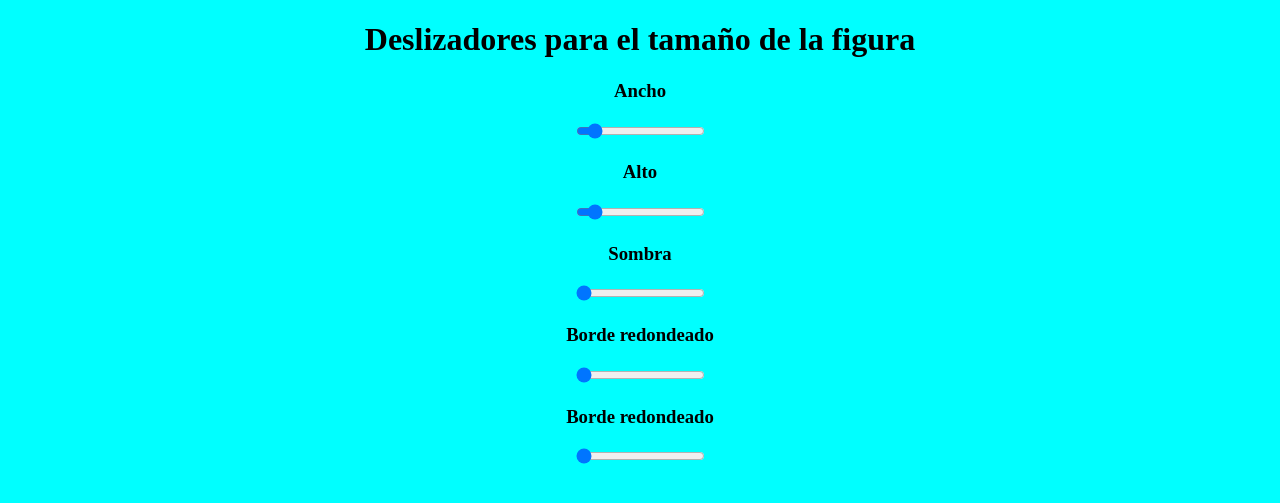
Repository: Kevin8548/Ejercicios-DOM
Page: Deslizador.html
An editor plug-in stored every save of this project. The page is shown before and after the next save, followed by the edit.
The browser window is 1280 px wide. The pictures show the whole page.

Above is the page before, as saved 2024-10-08 12:11:00.

### Deslizador.html
<!DOCTYPE html>
<html lang="es">
<head>
    <meta charset="UTF-8">
    <meta name="viewport" content="width=device-width, initial-scale=1.0">
    <title>Deslizadores</title>
    <link rel="stylesheet" href="deslizadores.css">
</head>
<body>
    <h1>Deslizadores para el tamaño de la figura</h1>
    <div>
        <h3>Ancho</h3>
        <input type="range" id="sliderAncho" min="0" max="1000" value="100" step="1">
        <h3>Alto</h3>
        <input type="range" id="sliderAlto" min="0" max="1000" value="100" step="1">
        <h3>Sombra</h3>
        <input type="range" id="sliderSombra" min="0" max="500" value="0" step="1">
        <h3>Borde redondeado</h3>
        <input type="range" id="sliderEsquina" min="0" max="50" value="0" step="1">

        <h3>Borde redondeado</h3>
        <input type="range" id="sliderEsquina" min="0" max="50" value="0" step="1">

    <script src="./colorsbg/deslizador.js"></script>
</body>
</html>

### deslizadores.css
body {
    background-color: aqua;
    text-align: center;
}

.div {
    width: 100px;
    height: 100px;
    background-color: brown;
    margin: 0 auto;
}

### colorsbg/deslizador.js
const sliderAncho = document.getElementById('sliderAncho');
const sliderAlto = document.getElementById('sliderAlto');
const sliderBorde = document.getElementById('sliderBorde');
const sliderSombra = document.getElementById('sliderSombra');
const sliderEsquina = document.getElementById('sliderEsquina');
const div = document.querySelector('.div');

sliderAncho.addEventListener('input', function() {
    const nuevoAncho = sliderAncho.value + 'px';
    div.style.width = nuevoAncho;
});

sliderAlto.addEventListener('input', function() {
    const nuevoAlto = sliderAlto.value + 'px';
    div.style.height = nuevoAlto;
});

sliderSombra.addEventListener('input', function() {
    const sombra = sliderSombra.value + 'px';
    div.style.boxShadow = `0 0 ${sombra} rgba(0, 0, 0, 1)`;
});

sliderEsquina.addEventListener('input', function() {
    div.style.borderRadius = `${sliderEsquina.value}px`;


    function nuevoColor() {
        const Rojo = document.getElementById('Rojo').value;
        const Verde = document.getElementById('Verde').value;
        const Azul = document.getElementById('Azul').value;
        const Transparencia = document.getElementById('Transparencia').value;

        document.body.style.div = `rgb(${Rojo}, ${Verde}, ${Azul}, ${Transparencia})`;
    }

});

After the next save:
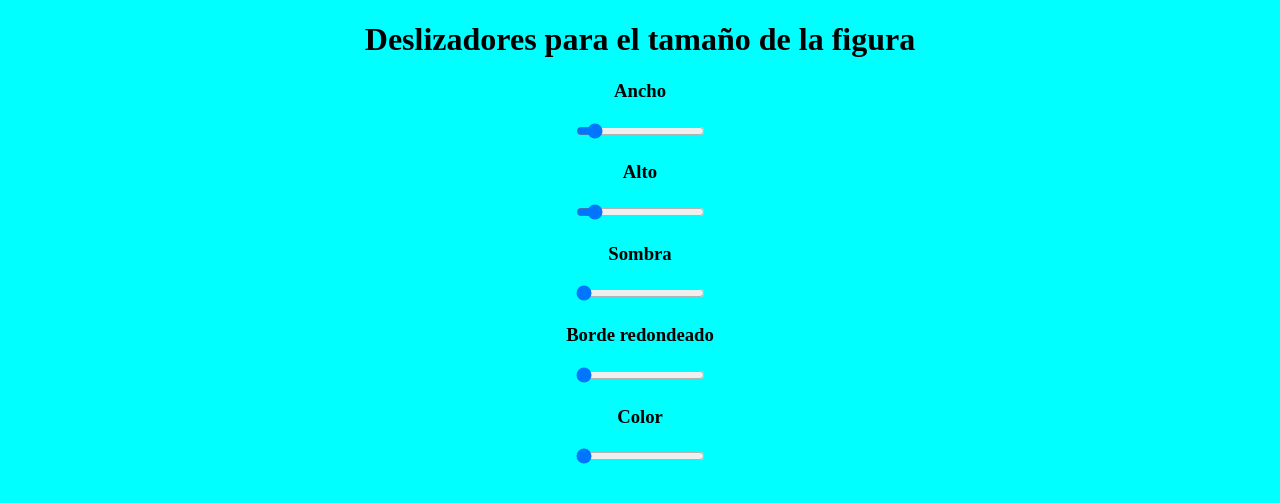
Saved 82 s later.
--- a/Deslizador.html
+++ b/Deslizador.html
@@ -18,8 +18,8 @@
         <h3>Borde redondeado</h3>
         <input type="range" id="sliderEsquina" min="0" max="50" value="0" step="1">
 
-        <h3>Borde redondeado</h3>
-        <input type="range" id="sliderEsquina" min="0" max="50" value="0" step="1">
+        <h3>Color</h3>
+        <input type="range" id="sliderColor" min="0" max="50" value="0" step="1">
 
     <script src="./colorsbg/deslizador.js"></script>
 </body>
